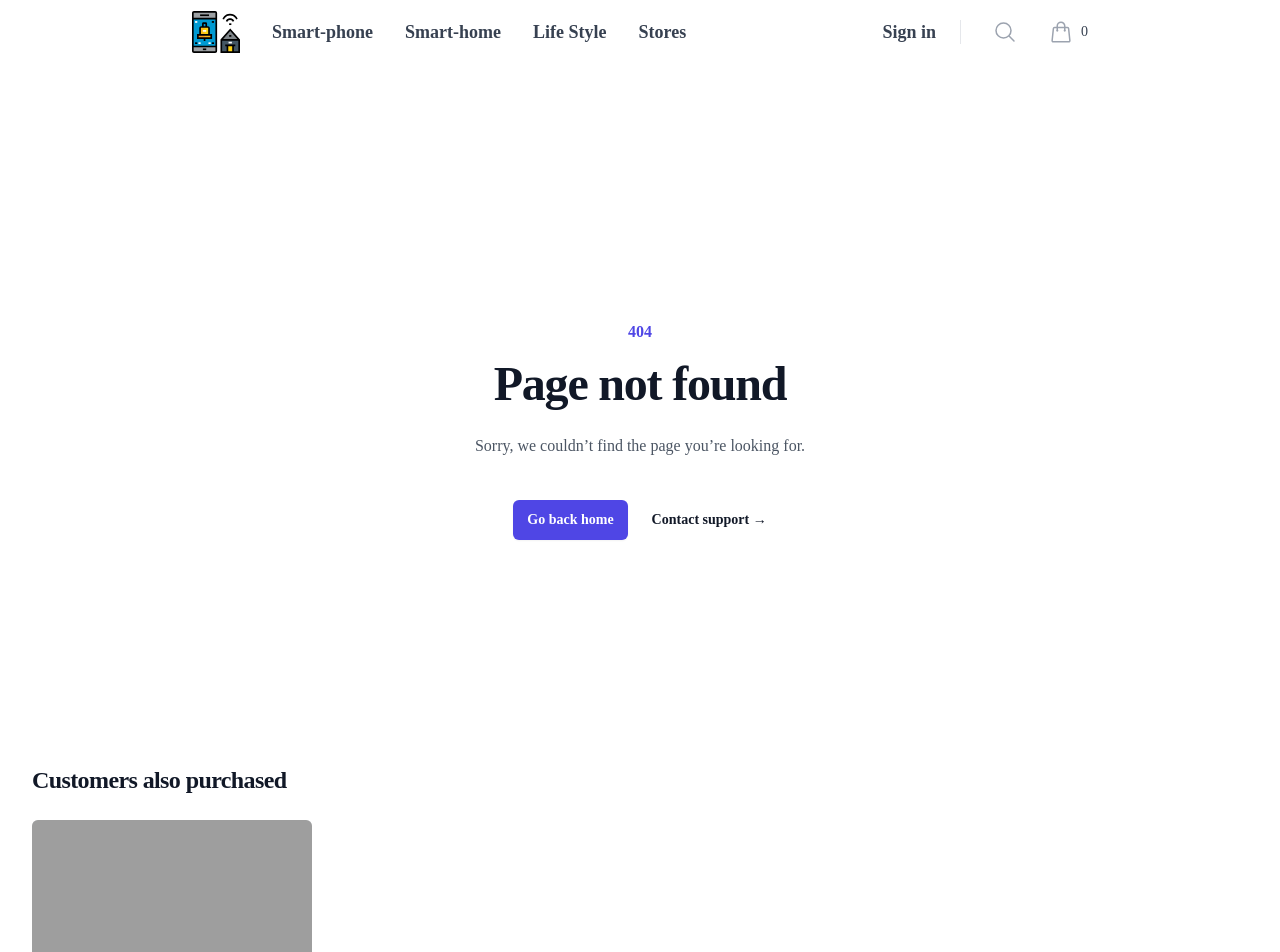
Repository: Gunplay/Smart-Home
Page: /
An editor plug-in stored every save of this project. The page is shown before and after the next save, followed by the edit.
The browser window is 1280 px wide. The pictures show the part of the page from y = 0 to 952 px (the page is 1912 px tall before and 1784 px after).
Pictures or frames that could not be fetched are drawn as grey boxes. The project was rebuilt for these pictures with package versions that can differ from the ones it lists, and the page was loaded fresh each time. Also part of the build but not shown: vite.config.js, vite.config.ts.

Above is the page before, as saved 2024-06-18 13:33:46.

### index.html
<!doctype html>
<html lang="en">

<head>
  <meta charset="UTF-8" />
  <link rel="icon" type="image/svg+xml" href="./src/assets/smart-home-svgrepo-com.svg" />
  <meta name="viewport" content="width=device-width, initial-scale=1.0" />
  <title>Smart-Home</title>
  <link real='stylesheet' href='src/style.css'>
</head>

<body>
  <div id="root"></div>

  <script type="module" src="/src/main.tsx"></script>
</body>

</html>

### src/main.tsx
import React from 'react';
import ReactDOM from 'react-dom/client';
import { BrowserRouter as Router } from 'react-router-dom';
import App from './App.tsx';
import './css/style.css';

ReactDOM.createRoot(document.getElementById('root')!).render(
	<React.StrictMode>
		<Router>
			<App />
		</Router>
	</React.StrictMode>
);

### src/App.tsx
// import { useState } from 'react';

// import reactLogo from './assets/react.svg';
// import viteLogo from '/vite.svg';
import AboutUs from './components/AboutUs';
import Carousel from './components/Carousel';
import Header from './components/Header';
import PageNotFound from './components/Page404';
import ProductsList from './components/ProductsList';

function App() {
	return (
		<>
			<div className='mr-[3.75rem] pt-[4.75rem] lg:pt-[5.25rem] overflow-hidden'>
				<Header />
			</div>
			<Carousel />
			<PageNotFound />

			<ProductsList />
			<AboutUs />
		</>
	);
}

export default App;

### src/components/AboutUs/index.tsx
const links = [
	{ name: 'Open roles', href: '#' },
	{ name: 'Internship program', href: '#' },
	{ name: 'Our values', href: '#' },
	{ name: 'Meet our leadership', href: '#' },
];
const stats = [
	{ name: 'Offices worldwide', value: '12' },
	{ name: 'Full-time colleagues', value: '300+' },
	{ name: 'Hours per week', value: '40' },
	{ name: 'Paid time off', value: 'Unlimited' },
];

export default function AboutUs() {
	return (
		<div className='relative isolate overflow-hidden bg-gray-900 py-24 sm:py-32'>
			<img
				src='https://images.unsplash.com/photo-1521737604893-d14cc237f11d?ixlib=rb-4.0.3&ixid=MnwxMjA3fDB8MHxwaG90by1wYWdlfHx8fGVufDB8fHx8&auto=format&fit=crop&crop=focalpoint&fp-y=.8&w=2830&h=1500&q=80&blend=111827&sat=-100&exp=15&blend-mode=multiply'
				alt=''
				className='absolute inset-0 -z-10 h-full w-full object-cover object-right md:object-center'
			/>
			<div
				className='hidden sm:absolute sm:-top-10 sm:right-1/2 sm:-z-10 sm:mr-10 sm:block sm:transform-gpu sm:blur-3xl'
				aria-hidden='true'
			>
				<div
					className='aspect-[1097/845] w-[68.5625rem] bg-gradient-to-tr from-[#ff4694] to-[#776fff] opacity-20'
					style={{
						clipPath:
							'polygon(74.1% 44.1%, 100% 61.6%, 97.5% 26.9%, 85.5% 0.1%, 80.7% 2%, 72.5% 32.5%, 60.2% 62.4%, 52.4% 68.1%, 47.5% 58.3%, 45.2% 34.5%, 27.5% 76.7%, 0.1% 64.9%, 17.9% 100%, 27.6% 76.8%, 76.1% 97.7%, 74.1% 44.1%)',
					}}
				/>
			</div>
			<div
				className='absolute -top-52 left-1/2 -z-10 -translate-x-1/2 transform-gpu blur-3xl sm:top-[-28rem] sm:ml-16 sm:translate-x-0 sm:transform-gpu'
				aria-hidden='true'
			>
				<div
					className='aspect-[1097/845] w-[68.5625rem] bg-gradient-to-tr from-[#ff4694] to-[#776fff] opacity-20'
					style={{
						clipPath:
							'polygon(74.1% 44.1%, 100% 61.6%, 97.5% 26.9%, 85.5% 0.1%, 80.7% 2%, 72.5% 32.5%, 60.2% 62.4%, 52.4% 68.1%, 47.5% 58.3%, 45.2% 34.5%, 27.5% 76.7%, 0.1% 64.9%, 17.9% 100%, 27.6% 76.8%, 76.1% 97.7%, 74.1% 44.1%)',
					}}
				/>
			</div>
			<div className='mx-auto max-w-7xl px-6 lg:px-8'>
				<div className='mx-auto max-w-2xl lg:mx-0'>
					<h2 className='text-4xl font-bold tracking-tight text-white sm:text-6xl'>
						Work with us
					</h2>
					<p className='mt-6 text-lg leading-8 text-gray-300'>
						Anim aute id magna aliqua ad ad non deserunt sunt. Qui irure qui
						lorem cupidatat commodo. Elit sunt amet fugiat veniam occaecat
						fugiat aliqua.
					</p>
				</div>
				<div className='mx-auto mt-10 max-w-2xl lg:mx-0 lg:max-w-none'>
					<div className='grid grid-cols-1 gap-x-8 gap-y-6 text-base font-semibold leading-7 text-white sm:grid-cols-2 md:flex lg:gap-x-10'>
						{links.map(link => (
							<a key={link.name} href={link.href}>
								{link.name} <span aria-hidden='true'>&rarr;</span>
							</a>
						))}
					</div>
					<dl className='mt-16 grid grid-cols-1 gap-8 sm:mt-20 sm:grid-cols-2 lg:grid-cols-4'>
						{stats.map(stat => (
							<div key={stat.name} className='flex flex-col-reverse'>
								<dt className='text-base leading-7 text-gray-300'>
									{stat.name}
								</dt>
								<dd className='text-2xl font-bold leading-9 tracking-tight text-white'>
									{stat.value}
								</dd>
							</div>
						))}
					</dl>
				</div>
			</div>
		</div>
	);
}

### src/components/Carousel/index.tsx
import slideOne from '/src/assets/slider-1.jpg';
import slideTwo from '/src/assets/slider-2.jpg';
import slideThree from '/src/assets/slider-3.jpg';

const slides = [
	{
		url: slideOne,
	},
	{
		url: slideTwo,
	},
	{
		url: slideThree,
	},
];
const Carousel = () => {
	return (
		<div className='max-w-[1400px] h-[780px] w-full m-auto py-16 px-4 relative'>
			<div
				style={{ backgroundImage: `url(${slides[2].url})` }}
				className='w-full h-full rounded-2xl bg-center bg-cover duration-500'
			></div>
		</div>
	);
};

export default Carousel;

### src/components/Page404/index.tsx
export default function PageNotFound() {
	return (
		<>
			{/*
        This example requires updating your template:

        ```
        <html class="h-full">
        <body class="h-full">
        ```
      */}
			<main className='grid min-h-full place-items-center bg-white px-6 py-24 sm:py-32 lg:px-8'>
				<div className='text-center'>
					<p className='text-base font-semibold text-indigo-600'>404</p>
					<h1 className='mt-4 text-3xl font-bold tracking-tight text-gray-900 sm:text-5xl'>
						Page not found
					</h1>
					<p className='mt-6 text-base leading-7 text-gray-600'>
						Sorry, we couldn’t find the page you’re looking for.
					</p>
					<div className='mt-10 flex items-center justify-center gap-x-6'>
						<a
							href='#'
							className='rounded-md bg-indigo-600 px-3.5 py-2.5 text-sm font-semibold text-white shadow-sm hover:bg-indigo-500 focus-visible:outline focus-visible:outline-2 focus-visible:outline-offset-2 focus-visible:outline-indigo-600'
						>
							Go back home
						</a>
						<a href='#' className='text-sm font-semibold text-gray-900'>
							Contact support <span aria-hidden='true'>&rarr;</span>
						</a>
					</div>
				</div>
			</main>
		</>
	);
}

### src/components/ProductsList/index.tsx
/*
  This example requires some changes to your config:

  ```
  // tailwind.config.js
  module.exports = {
    // ...
    plugins: [
      // ...
      require('@tailwindcss/aspect-ratio'),
    ],
  }
  ```
*/
const products = [
	{
		id: 1,
		name: 'Basic Tee',
		href: '#',
		imageSrc:
			'https://tailwindui.com/img/ecommerce-images/product-page-01-related-product-01.jpg',
		imageAlt: "Front of men's Basic Tee in black.",
		price: '$35',
		color: 'Black',
	},
	// More products...
];

export default function ProductsList() {
	return (
		<div className='bg-white'>
			<div className='mx-auto max-w-2xl px-4 py-16 sm:px-6 sm:py-24 lg:max-w-7xl lg:px-8'>
				<h2 className='text-2xl font-bold tracking-tight text-gray-900'>
					Customers also purchased
				</h2>

				<div className='mt-6 grid grid-cols-1 gap-x-6 gap-y-10 sm:grid-cols-2 lg:grid-cols-4 xl:gap-x-8'>
					{products.map(product => (
						<div key={product.id} className='group relative'>
							<div className='aspect-h-1 aspect-w-1 w-full overflow-hidden rounded-md bg-gray-200 lg:aspect-none group-hover:opacity-75 lg:h-80'>
								<img
									src={product.imageSrc}
									alt={product.imageAlt}
									className='h-full w-full object-cover object-center lg:h-full lg:w-full'
								/>
							</div>
							<div className='mt-4 flex justify-between'>
								<div>
									<h3 className='text-sm text-gray-700'>
										<a href={product.href}>
											<span aria-hidden='true' className='absolute inset-0' />
											{product.name}
										</a>
									</h3>
									<p className='mt-1 text-sm text-gray-500'>{product.color}</p>
								</div>
								<p className='text-sm font-medium text-gray-900'>
									{product.price}
								</p>
							</div>
						</div>
					))}
				</div>
			</div>
		</div>
	);
}

Loaded but not shown: src/css/style.css (1876 lines, source omitted); src/components/Header/index.tsx (554 lines, source omitted)

After the next save:
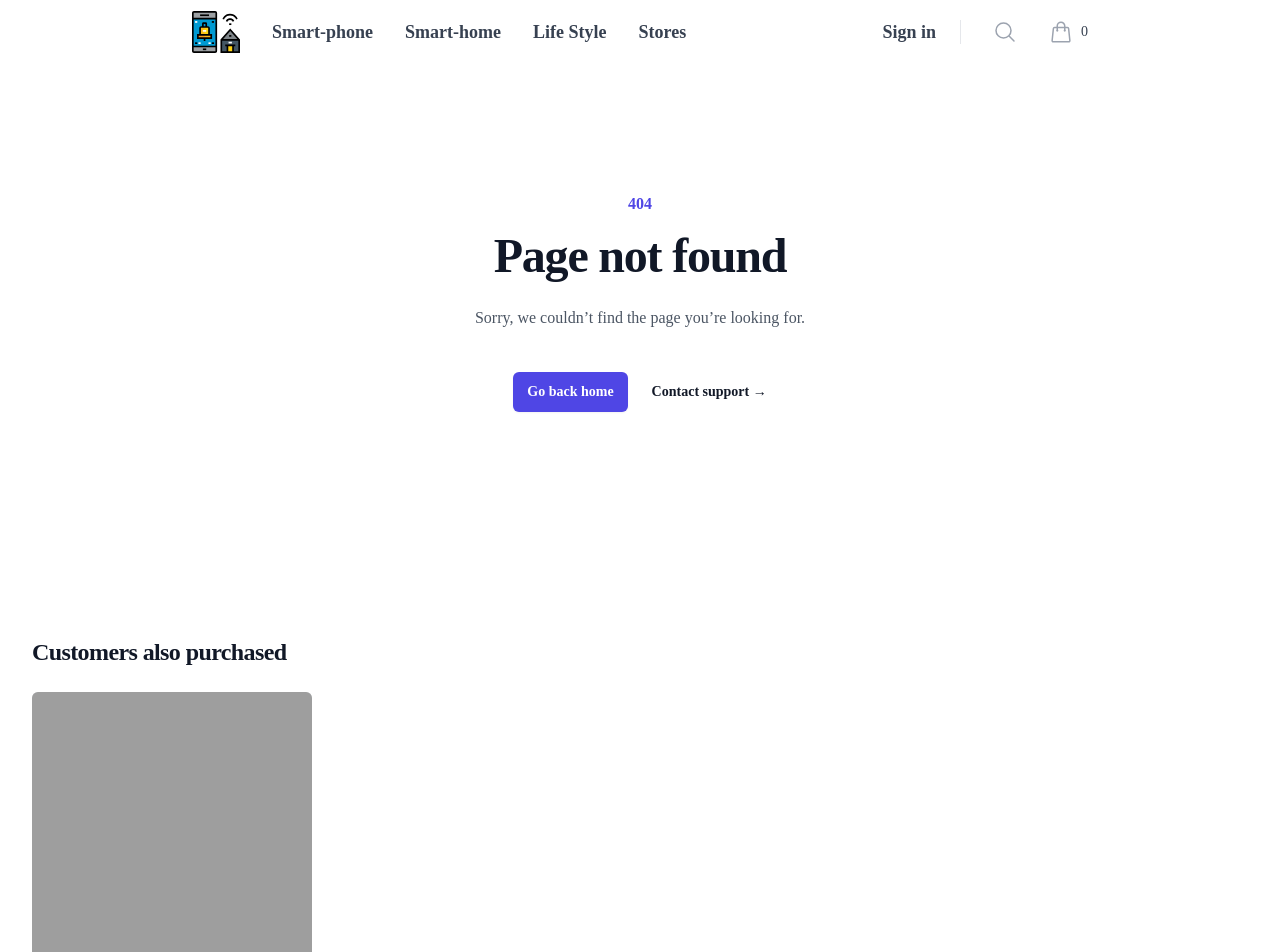
Saved 84 s later.
--- a/src/App.tsx
+++ b/src/App.tsx
@@ -14,7 +14,7 @@
 			<div className='mr-[3.75rem] pt-[4.75rem] lg:pt-[5.25rem] overflow-hidden'>
 				<Header />
 			</div>
-			<Carousel />
+			{/* <Carousel /> */}
 			<PageNotFound />
 
 			<ProductsList />

After the save that followed:
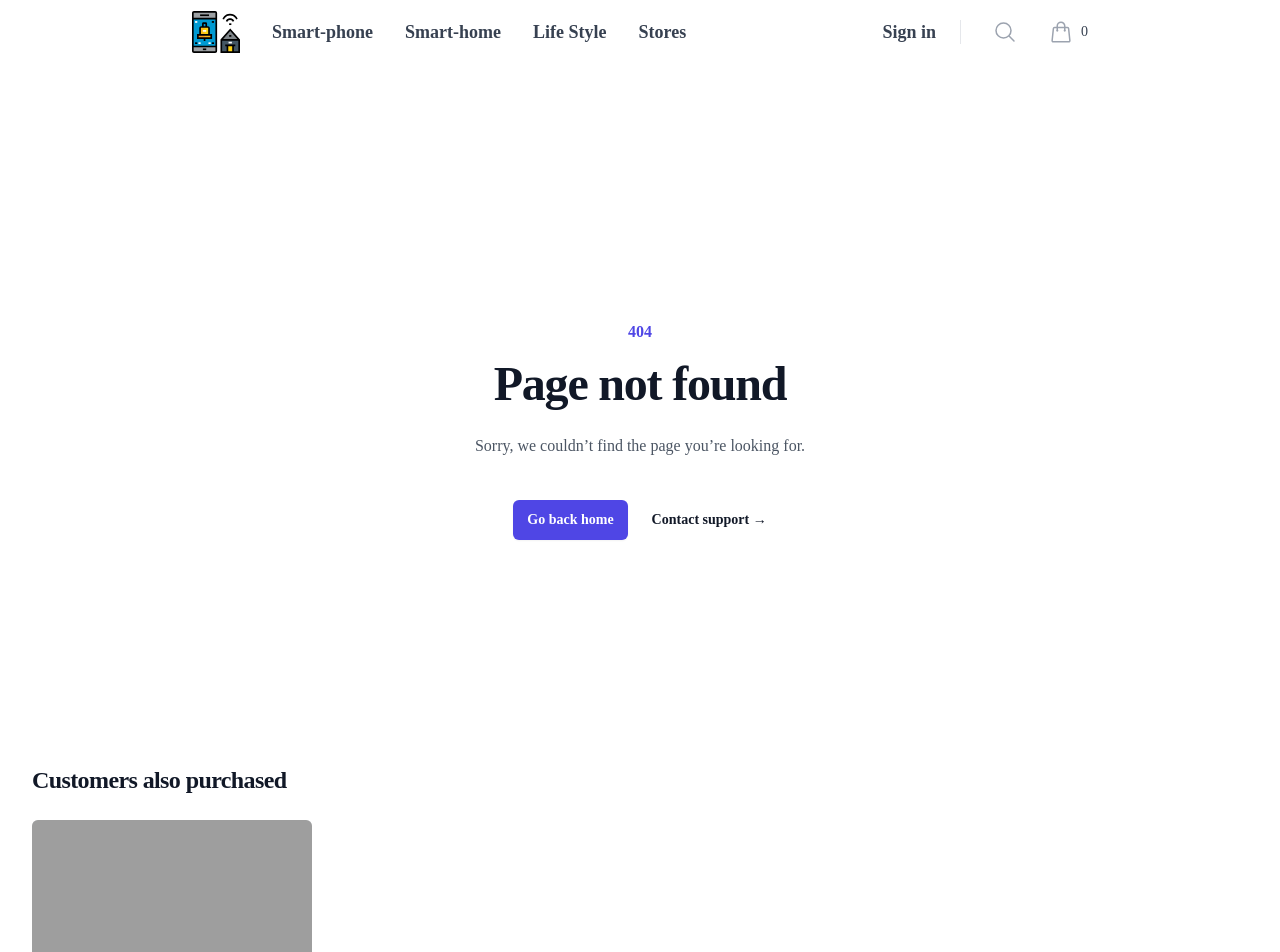
Saved 75 s later.
--- a/src/App.tsx
+++ b/src/App.tsx
@@ -14,7 +14,7 @@
 			<div className='mr-[3.75rem] pt-[4.75rem] lg:pt-[5.25rem] overflow-hidden'>
 				<Header />
 			</div>
-			{/* <Carousel /> */}
+			<Carousel />
 			<PageNotFound />
 
 			<ProductsList />
